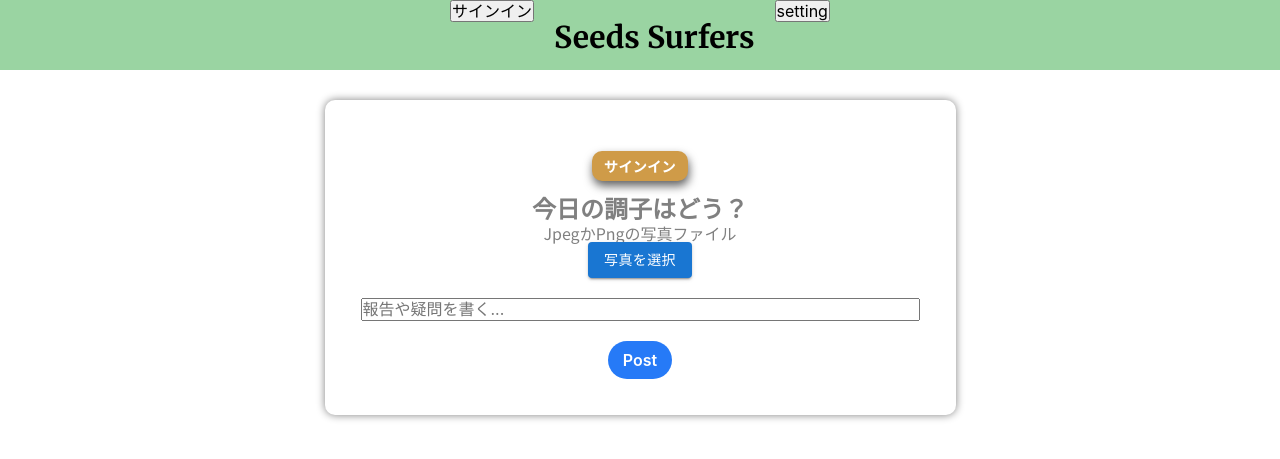
Repository: Seiya00002/seeds_surfers_react_sns
Page: /
An editor plug-in stored every save of this project. The page is shown before and after the next save, followed by the edit.
The browser window is 1280 px wide. The pictures show the whole page.
The page's requests for data from a server got no answer. The project was rebuilt for these pictures with package versions that can differ from the ones it lists, and the page was loaded fresh each time. No one was signed in, and anything a server would have sent is missing. Also part of the build but not shown: src/Components/Post.css, src/Components/Post.tsx, src/Components/Account.tsx, src/Components/SignIn.css, src/Components/SignIn.tsx.

Above is the page before, as saved 2023-08-29 08:39:47.

### public/index.html
<!DOCTYPE html>
<html lang="en">
  <head>
    <meta charset="utf-8" />
    <link rel="icon" href="%PUBLIC_URL%/favicon.ico" />
    <meta name="viewport" content="width=device-width, initial-scale=1" />
    <meta name="theme-color" content="#000000" />
    <meta
      name="description"
      content="Web site created using create-react-app"
    />
    <link rel="apple-touch-icon" href="%PUBLIC_URL%/logo192.png" />

    <link rel="manifest" href="%PUBLIC_URL%/manifest.json" />

    <link rel="stylesheet" href="https://cdnjs.cloudflare.com/ajax/libs/normalize/8.0.1/normalize.min.css">
    <title>Seeds Surfers</title>
  </head>
  <body>
    <noscript>You need to enable JavaScript to run this app.</noscript>
    <div id="root"></div>

  </body>
</html>

### src/index.tsx
import React from 'react';
import { BrowserRouter, Routes, Route } from "react-router-dom";
import ReactDOM from 'react-dom/client';
import './index.css';
import reportWebVitals from './reportWebVitals';
import App from './App';
import Account from './Components/Account';
import SignIn from './Components/SignIn';

const root = ReactDOM.createRoot(
  document.getElementById('root') as HTMLElement
);
root.render(
  <React.StrictMode>
    <BrowserRouter>
      <Routes>
        <Route path='/' element={<App />} />
        <Route path='/account' element={<Account />} />
        <Route path='/signin' element={<SignIn />} />
      </Routes>
    </BrowserRouter>
  </React.StrictMode>
);

reportWebVitals();

### src/index.css
* {
  box-sizing: border-box;
  margin: 0;
  padding: 0;
}

body {
  font-family: -apple-system, BlinkMacSystemFont, 'Segoe UI', 'Roboto', 'Oxygen',
    'Ubuntu', 'Cantarell', 'Fira Sans', 'Droid Sans', 'Helvetica Neue',
    sans-serif;
  -webkit-font-smoothing: antialiased;
  -moz-osx-font-smoothing: grayscale;

}

code {
  font-family: source-code-pro, Menlo, Monaco, Consolas, 'Courier New',
    monospace;
}

### src/App.tsx
import React from 'react';
import './App.css';
import { db, storage } from './firebase';
import { useEffect, useState, useRef } from "react";
import { collection, query, orderBy, getDocs, QuerySnapshot } from "firebase/firestore";
import { doc, onSnapshot } from 'firebase/firestore';
import { AuthProvider } from './AuthContext';
import Header from './Header';
import Post from './Components/Post';
import PostUploader from './Components/PostUploader';

function App() {
  const [posts, setPosts] = useState<any>([]);

  useEffect(() => {
    const q = query(collection(db, 'posts'), orderBy('timestamp', 'desc'));
    // リアルタイム表示
    const unsubscribe = onSnapshot(q, (querySnapshot) => {
      const postsData = querySnapshot.docs.map((doc) => {
        return { id: doc.id, ...doc.data() };
      });
      setPosts(postsData);
    });

    return () => {
      // コンポーネントがアンマウントされる際にunsubscribeを行う
      unsubscribe();
    };
  }, []);

  console.log("Posts in App:", posts);

  return(
    <AuthProvider>
      <div className="App">
        <Header />
        <PostUploader setPosts={setPosts} />
        {posts.map((post:any) => (
          <Post key={post.timestamp} post={post} />
        ))}
      </div>
    </AuthProvider>
  );
}

export default App;

### src/App.css
@import url('https://fonts.googleapis.com/css2?family=Merriweather:wght@400;700&family=Noto+Sans+JP:wght@100;200;300;400;500;600;700&display=swap');

p {
  font-family: 'Noto Sans JP', sans-serif;
}

.App {
  text-align: center;
  display: flex;
  justify-content: center;
  align-items: center;
  width: 100%;
  flex-flow: column;
}

### src/firebase.tsx
import { initializeApp } from "firebase/app";
import { getFirestore } from "firebase/firestore";
import { getStorage } from "firebase/storage";
import { getAuth } from "firebase/auth";
import { GoogleAuthProvider } from "firebase/auth";


const firebaseConfig = {
  apiKey: "AIzaSyDRiOj3JAcuLe6c_Ms2hhsjBCCb8lLwSGU",
  authDomain: "seeds-surfers-react-sns.firebaseapp.com",
  projectId: "seeds-surfers-react-sns",
  storageBucket: "seeds-surfers-react-sns.appspot.com",
  messagingSenderId: "1087322797942",
  appId: "1:1087322797942:web:be61f4173bd538ec6e2c57"
};

const app = initializeApp(firebaseConfig);

export const storage = getStorage(app);
export const db = getFirestore(app);
export const auth = getAuth();
export const provider = new GoogleAuthProvider();

### src/AuthContext.tsx
import { useEffect } from "react";
import { auth } from "./firebase";
import { User } from "firebase/auth";
import { useAuthState } from "react-firebase-hooks/auth";
import { createContext, useState, Dispatch, SetStateAction  } from 'react';

type AuthContextType = {
    user: User | null;
    setUser: Dispatch<SetStateAction<User | null>>;
    signOut: () => Promise<void>;
};

export const AuthContext = createContext<AuthContextType>({
    user: null,
    setUser: () => {},
    signOut: async () => {}
});


export const AuthProvider = ({ children }: { children: React.ReactNode }) => {
    const [user, setUser] = useState<User | null>(() => {
        // リロード時ローカルストレージに状態一時保存
        const storedUser = localStorage.getItem('user');
        return storedUser ? JSON.parse(storedUser) : null;
    });

    useEffect(() => {
        if(user) {
            localStorage.setItem('user', JSON.stringify(user));
        } else {
            localStorage.removeItem('user');
        }
    }, [user]);

    const signOut = async () => {
        await auth.signOut();
        setUser(null);
    }

    return(
        <AuthContext.Provider value={{ user, setUser, signOut }}>
            { children }
        </AuthContext.Provider>
    );
};

### src/Header.tsx
import React from "react";
import { Link } from "react-router-dom";
import { AuthProvider } from './AuthContext';
import './Header.css';

function Header() {
    return(
        <AuthProvider>
            <div className="header">
                <Link to="/signin">
                <button
                className="signinButton"
                >
                    サインイン
                </button>
                </ Link>
                <h2>Seeds Surfers</h2>
                {/* <h3>Produced by cova.amigo</h3> */}
                <Link to="/account">
                <button
                className="settingButton"
                >
                    setting
                </button>
                </Link>
            </div>
        </AuthProvider>
    )
}

export default Header;

### src/Components/PostUploader.tsx
import React, { useState}  from "react";
import "./PostUploader.css";
import { Button } from '@mui/material';
import { db, storage } from "../firebase";
import { ref, uploadBytesResumable, getDownloadURL } from "firebase/storage";
import firebase from "firebase/app";
import "firebase/firestore";
import { addDoc, collection, serverTimestamp} from "firebase/firestore";
import Post from "./Post";
import Login from "./Login";

interface PostUploaderProps {
  setPosts: React.Dispatch<React.SetStateAction<any[]>>;
}

function PostUploader({ setPosts }: PostUploaderProps) {
  const [loading, setLoading] = useState<boolean>(false);
  const [isUpLoaded, setUploaded] = useState<boolean>(false);
  const [text, setText] = useState<string>("");
  const [fileUrl, setFileUrl] = useState<any>("");

  const OnFileUploadToFirebase = (e:any) => {
        const file = e.target.files[0];
        const storageRef = ref(storage, 'image/' + file.name);
        const uploadImage = uploadBytesResumable(storageRef, file);

        setLoading(true);

        uploadImage.then((snapshot) => {
          setLoading(false);
          setUploaded(true);
          return getDownloadURL(snapshot.ref);
        })
        .then((url) => {
          setFileUrl(url);
        })
        .catch((error: any) => {
          setLoading(false);
          console.error("画像のアップロードに失敗しました。:", error);
        });
  };

  const onTextUploadToFirebase = () => {
    addDoc(collection(db, "posts"), {
      text:text,
      imageUrl:fileUrl,
      timestamp: serverTimestamp(),
    })
    .then((docRef)=>{
      console.log("投稿が完了しました！");

      const newDocId = docRef.id;

      setText("");
      setFileUrl("");
      setUploaded(false);

      // Post コンポーネントに渡すデータに新しいドキュメントIDを追加
      setPosts((prevPosts) => [
        ...prevPosts,
        {
          text: text,
          imageUrl: fileUrl,
          timestamp: serverTimestamp(),
          id: newDocId,
        },
      ]);

      console.log("新しく追加されたドミュメントのID:", newDocId);
    })
    .catch((error: any) => {
      console.error("エラーが発生しました。:",error);
    });
  };


  return (
    <>
      {loading ?(
        <h2>画像アップロード中・・・</h2>
      ) : (
        <>
          {isUpLoaded ? (
            <>
              <div className="outerBox">
                <h2>画像アップロード完了しました！</h2>

                <form id="post">
                  <label>
                    <input
                      type="text"
                      placeholder="報告や疑問を書く..."
                      size={50}
                      maxLength={500}
                      value={text}
                      onChange={e => setText(e.target.value)}
                    />
                  </label>
                  </form>
                  <input
                    type="button"
                    form="post"
                    value="Post"
                    onClick={onTextUploadToFirebase}
                  />
              </div>
            </>
            ) : (
              <div className="outerBox">
                <div className="title">
                　<Login />
                  <h2>今日の調子はどう？</h2>
                  <p>JpegかPngの写真ファイル</p>
                </div>
                <Button variant="contained">
                  写真を選択
                  <input
                  className="imageUploadInput"
                  type="file"
                  accept=".png, .jpeg, .jpg"
                  onChange={OnFileUploadToFirebase}
                  />
                </Button>
                <form id="post">
                  <label>
                    <input
                      type="text"
                      placeholder="報告や疑問を書く..."
                      className="textPost"
                      size={50}
                      maxLength={500}
                      value={text}
                      onChange={e => setText(e.target.value)}
                    />
                  </label>
                  </form>
                  <input
                    type="button"
                    className="textUploadInput"
                    form="post"
                    value="Post"
                    onClick={onTextUploadToFirebase}
                  />
              </div>
            )
          }
        </>
      )}
    </>
  );
};

export default PostUploader;

### src/Components/Account.css
.accountSetting {
    margin-top: 20px;
    display: flex;
    justify-content: center;
    text-align: center;
}

.settingButton {
    float: right;
}

### src/Header.css
@import url('https://fonts.googleapis.com/css2?family=Merriweather:wght@400;700&display=swap');

.header {
    height: 70px;
    background-color: rgba(30, 160, 47, 0.449);
    margin: 0;
    padding: 0;
    width: 100%;
    display: flex;
    justify-content: center;
    /* text-align: center; */
}

.header h2 {

    padding: 20px;
    font-family: 'Merriweather', serif;
    font-weight: 700;
    font-size: 30px;
}

### src/Components/PostUploader.css
.outerBox {
    margin: 30px 0;
    display: flex;
    flex-direction: column;
    align-items: center;
    justify-content: center;
    text-align: center;
    border: none;
    padding: 36px;
    border-radius: 10px;
    box-shadow: 0px 0px 8px gray;
    color: gray;
  }

  .outerBox h2 {
    font-weight: 600;
    margin-top: 5px;
  }

  .imageUplodeBox {
    border: 2px dashed #2d6395;
    padding: 35px 60px;
    position: relative;
  }

  .imageLogoAndText p {
    margin-bottom: 0px;
  }

  .imageUploadInput {
    opacity: 0;
    position: absolute;
    top: 0;
    left: 0;
    width: 100%;
    height: 100%;
    cursor: pointer;
  }

  .textPost {
    margin: 20px 0;
  }

  .textUploadInput {
    border-radius: 50px;
    border: none;
    background-color: #267af7;
    color: white;
    padding: 10px 15px;
    cursor: pointer;
    font-weight: 600;
  }

### src/Components/Login.tsx
//Login.tsx
import { signInWithPopup, User } from "firebase/auth";
import React from 'react';
import { useAuthState } from 'react-firebase-hooks/auth';
import { auth, provider } from '../firebase';
import './Login.css';


function Login() {
    const [user] = useAuthState(auth);

    return (
        <div className="userInfo">
            {user ? (
                <>
                    <UserInfo user={user} />
                    <SignOutButton />
                </>
            ) : (
                <SignInButton />
            )}
        </div>
    );
}

export default Login;

function SignInButton() {
    const signInWithGoogle = () => {
        signInWithPopup(auth, provider);
    };

    return (
        <button
        className="signin-button"
        onClick={signInWithGoogle}>
            <p>サインイン</p>
        </button>
    );
}

function SignOutButton() {
    return (
        <button
        className="signout-button"
        onClick={() => auth.signOut()}>
            <p>サインアウト</p>
        </button>
    );
}

function UserInfo({ user }: {user: User}) {
    const { displayName, photoURL } = user;

    return (
        <div>
            {photoURL && (
                <img
                    src={photoURL}
                    alt="User Icon"
                    className="userIcon"
                />
            )}
        </div>
    );
}

### src/Components/Login.css
.userInfo {
    margin: 5px 20px;
    display: flex;
  }

  h1 {
    font-size: 3rem;
  }

.userIcon {
    border-radius: 50%;
    width: 50px;
    height: 50px;
  }

.signout-button {
    margin: 10px 10px;
    padding: 7px 12px;
    border: none;
    border-radius: 10px;
    box-shadow: 1px 5px 10px #626262;
    cursor: pointer;
    background-color: #cf9b48;
    color: white;
    font-weight: 300;
    font-size: 5px;
    width: 80pxpx;
    height: 30px;
  }

  .signin-button {
    margin: 10px auto;
    padding: 7px 12px;
    border: none;
    border-radius: 10px;
    box-shadow: 1px 5px 10px #626262;
    cursor: pointer;
    background-color: #cf9b48;
    color: white;
    font-weight: 300;
    font-size: 5px;
    width: 80pxpx;
    height: 30px;
  }

  .signout-button p {
    font-size: 0.9rem;
    font-weight: 600;
  }

  .signin-button p {
    font-size: 0.9rem;
    font-weight: 600;
  }

Loaded but not shown: src/reportWebVitals.ts (common file)

After the next save:
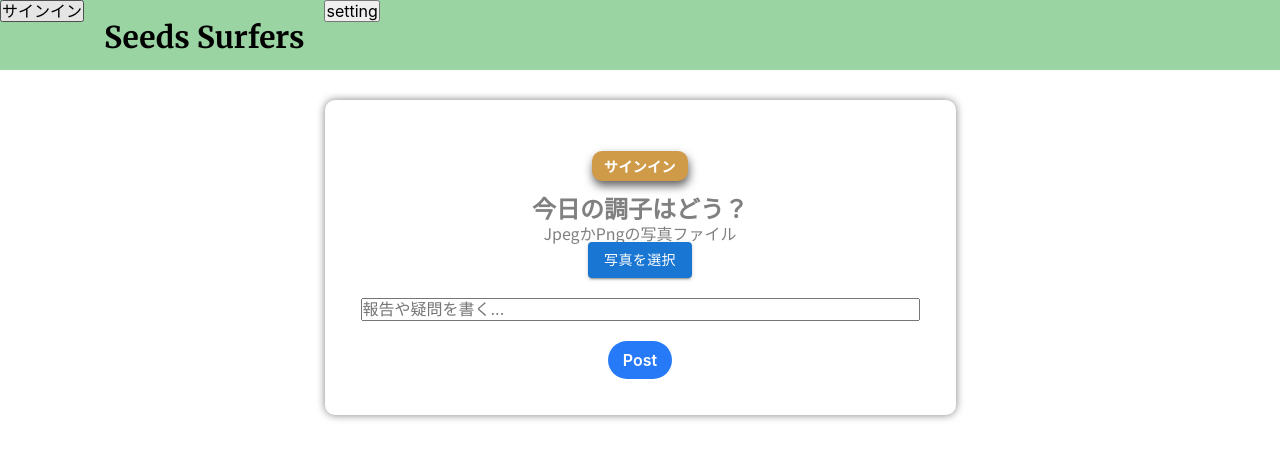
Saved 13 s later.
--- a/src/Header.css
+++ b/src/Header.css
@@ -7,8 +7,8 @@
     padding: 0;
     width: 100%;
     display: flex;
-    justify-content: center;
-    /* text-align: center; */
+    /* justify-content: center; */
+    text-align: center;
 }
 
 .header h2 {

After the save that followed:
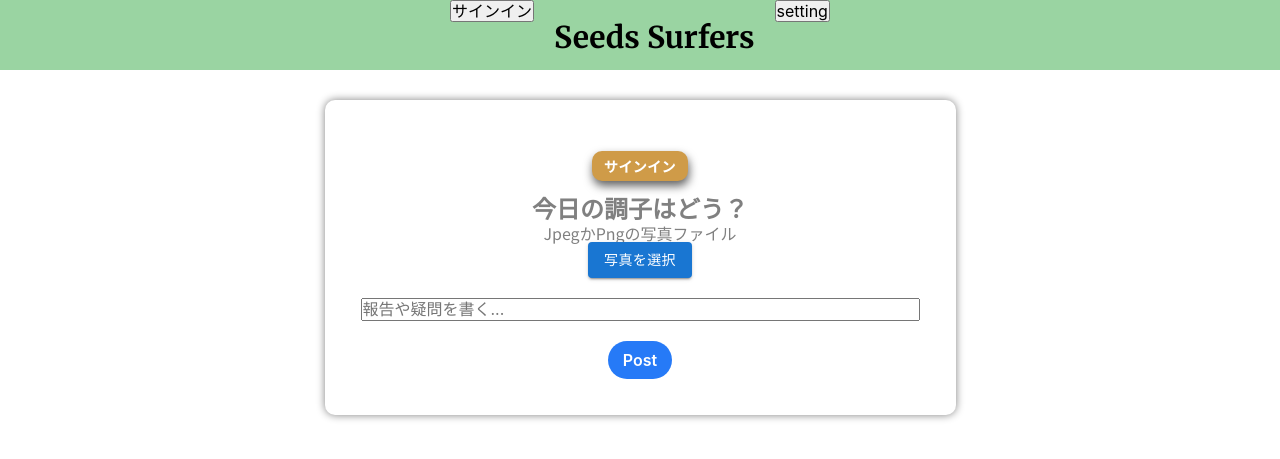
Saved 10 s later.
--- a/src/Header.css
+++ b/src/Header.css
@@ -7,8 +7,8 @@
     padding: 0;
     width: 100%;
     display: flex;
-    /* justify-content: center; */
-    text-align: center;
+    justify-content: center;
+    /* text-align: center; */
 }
 
 .header h2 {
